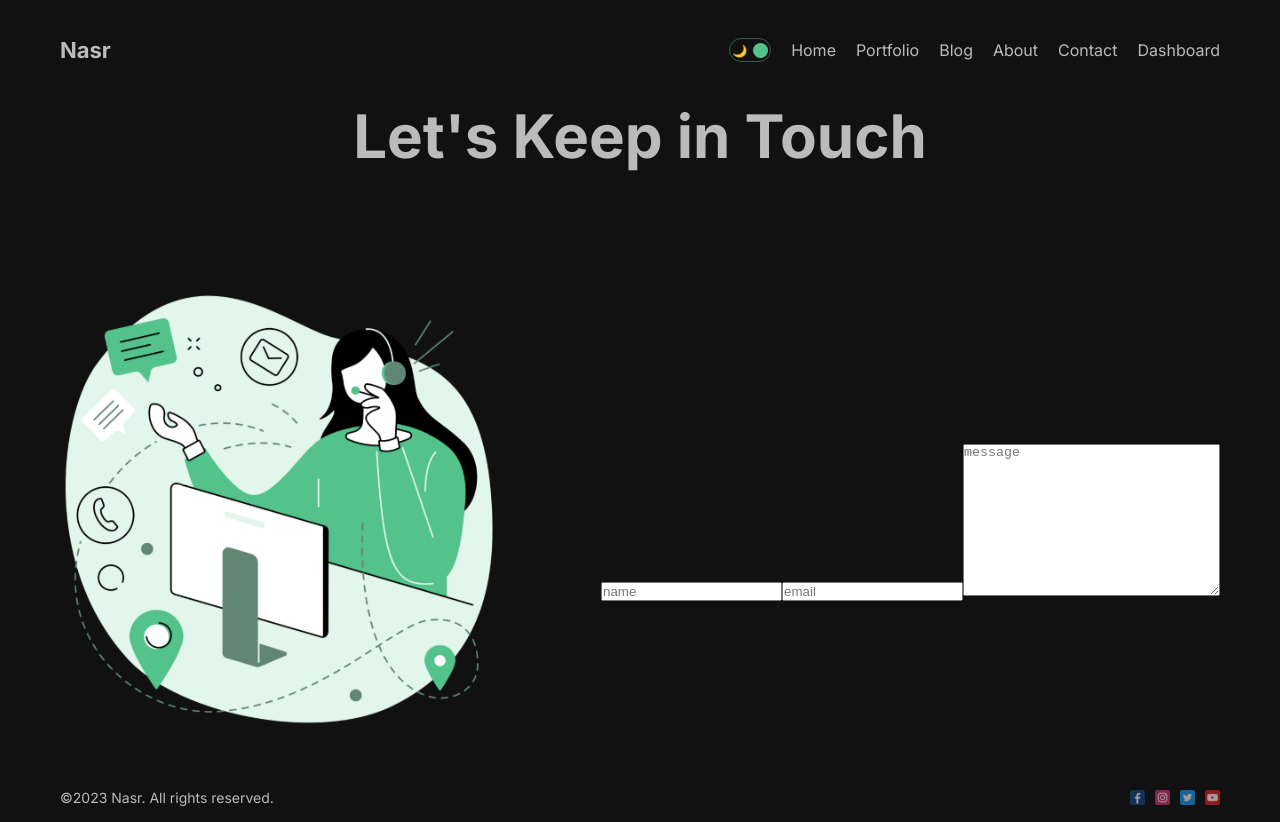
Repository: MoNasr2022/Nast-Blog
Page: /contact
The author's editor kept a copy of each file at every save. The page is drawn from the files as they stood at one save, then again after the next save.
The browser window is 1280 px wide. The pictures show the whole page.
The page's requests for data from a server got no answer. The project was rebuilt for these pictures with package versions that can differ from the ones it lists, and the page was loaded fresh each time. The framework's server and built-in components were replaced by stand-ins that run in the browser. No one was signed in, and anything a server would have sent is missing. Also part of the build but not shown: next.config.js, src/components/Button/button.module.css, src/components/Button/Button.jsx.

Above is the page before, as saved 2023-06-15 14:00:29.

### src/app/layout.js
import Navbar from "@/components/navbar/Navbar";
import "./globals.css";
import { Inter, Roboto, Poppins } from "next/font/google";
import Footer from "@/components/footer/Footer";
import { ThemeProvider } from "@/context/ThemeContext";
import AuthProvider from "@/components/AuthProvider/AuthProvider";

const inter = Inter({ subsets: ["latin"] });

export const metadata = {
  title: "Nasr Blog",
  description: "This is the description",
};

export default function RootLayout({ children }) {
  return (
    <html lang="en">
      <body className={inter.className}>
        <ThemeProvider>
          <AuthProvider>
            <div className="container">
              <Navbar />
              {children}
              <Footer />
            </div>
          </AuthProvider>
        </ThemeProvider>
      </body>
    </html>
  );
}

### src/app/contact/page.jsx
import React from "react";
import styles from "./page.module.css";
import Image from "next/image";
import Button from "@/components/Button/Button";

export const metadata = {
  title: "Lama Dev Contact Information",
  description: "This is Contact Page",
};

const Contact = () => {
  return (
    // <div className={styles.container}>
    //   <h1 className={styles.title}>Let's Keep in Touch</h1>
    //   <div className={styles.content}>
    //     <div className={styles.imgContainer}>
    //       <Image
    //         src="/contact.png"
    //         alt=""
    //         fill={true}
    //         className={styles.image}
    //       />
    //     </div>
    //     <form className={styles.form}>
    //       <input type="text" placeholder="name" className={styles.input} />
    //       <input type="text" placeholder="email" className={styles.input} />
    //       <textarea
    //         className={styles.textArea}
    //         placeholder="message"
    //         cols="30"
    //         rows="10"
    //       ></textarea>
    //       <Button url="#" text="Send"/>
    //     </form>
    //   </div>
    // </div>
    <div className={styles.container}>
      <h1 className={styles.title}>Let's Keep in Touch</h1>
      <div className={styles.content}>
        <div className={styles.imgContainer}>
          <Image src="/contact.png"
            alt=""
            fill={true}
            className={styles.image}
          />
        </div>
        <form className={styles.form}>
          <input type="text" placeholder="name" className={styles.input} />
          <input type="text" placeholder="email" className={styles.input} />
          <textarea
            className={styles.textArea}
            placeholder="message"
            cols="30"
            rows="10"
          />
        </form>
      </div>
    </div>
  );
};

export default Contact;

### src/components/navbar/Navbar.jsx
"use client";

import Link from "next/link";
import React from "react";
import styles from "./navbar.module.css";
import DarkModeToggle from "../DarkModeToggle/DarkModeToggle";
import { signOut, useSession } from "next-auth/react";

const links = [
  {
    id: 1,
    title: "Home",
    url: "/",
  },
  {
    id: 2,
    title: "Portfolio",
    url: "/portfolio",
  },
  {
    id: 3,
    title: "Blog",
    url: "/blog",
  },
  {
    id: 4,
    title: "About",
    url: "/about",
  },
  {
    id: 5,
    title: "Contact",
    url: "/contact",
  },
  {
    id: 6,
    title: "Dashboard",
    url: "/dashboard",
  },
];

const Navbar = () => {
  const session = useSession();

  return (
    <div className={styles.container}>
      <Link href="/" className={styles.logo}>
        Nasr
      </Link>
      <div className={styles.links}>
        <DarkModeToggle />
        {links.map((link) => (
          <Link key={link.id} href={link.url} className={styles.link}>
            {link.title}
          </Link>
        ))}
        {session.status === "authenticated" && (
          <button className={styles.logout} onClick={signOut}>
            Logout
          </button>
        )}
      </div>
    </div>
  );
};

export default Navbar;

### src/components/footer/Footer.jsx
import React from "react";
import styles from "./footer.module.css";
import Image from "next/image";

const Footer = () => {
  return (
    <div className={styles.container}>
      <div>©2023 Nasr. All rights reserved.</div>
      <div className={styles.social}>
        <Image src="/1.png" width={15} height={15} className={styles.icon} alt="Nasr Facebook Account" />
        <Image src="/2.png" width={15} height={15} className={styles.icon} alt="Nasr" />
        <Image src="/3.png" width={15} height={15} className={styles.icon} alt="Nasr" />
        <Image src="/4.png" width={15} height={15} className={styles.icon} alt="Nasr" />
      </div>
    </div>
  );
};

export default Footer;

### src/app/contact/page.module.css
/* .container {
}

.title {
  font-size: 60px;
  margin-bottom: 100px;
  text-align: center;
}

.content {
  display: flex;
  align-items: center;
  gap: 100px;
}

.imgContainer {
  flex: 1;
  height: 500px;
  position: relative;
}

.image {
  object-fit: contain;
  /* animation: move 3s infinite ease alternate;
}

@keyframes move {
  from {
    transform: translateY(-15px);
  }
  to {
    transform: translateY(0px) scale(1.03);
  }
}

.form {
  flex: 1;
  display: flex;
  flex-direction: column;
  gap: 20px;
}

.input,
.textArea {
  padding: 20px;
  background-color: transparent;
  border: none;
  outline: none;
  color: #bbb;
  border: 3px solid #bbb;
  font-size: 20px;
  font-weight: bold;
} */
.container {

}
.title{
  font-size: 60px;
  margin-bottom: 100px;
  text-align: center;
}
.content {
  display: flex;
  align-items: center;
  gap: 100px;

}
.imgContainer {
  position: relative;
  flex: 1;
  height: 500px;

}
.image {
  object-fit: contain;
  animation: move 3s infinite ease alternate;
}
@keyframes move {
  from {
    transform: translateY(-15px);
  }
  to {
    transform: translateY(0px) scale(1.03);
  }
}
.form{
  fl
}

Loaded but not shown: src/app/globals.css (common file); src/context/ThemeContext.js (common file); src/components/AuthProvider/AuthProvider.jsx (common file); src/components/navbar/navbar.module.css (common file); src/components/DarkModeToggle/DarkModeToggle.jsx (common file); src/components/footer/footer.module.css (common file); src/components/DarkModeToggle/darkModeToggle.module.css (common file)

After the next save:
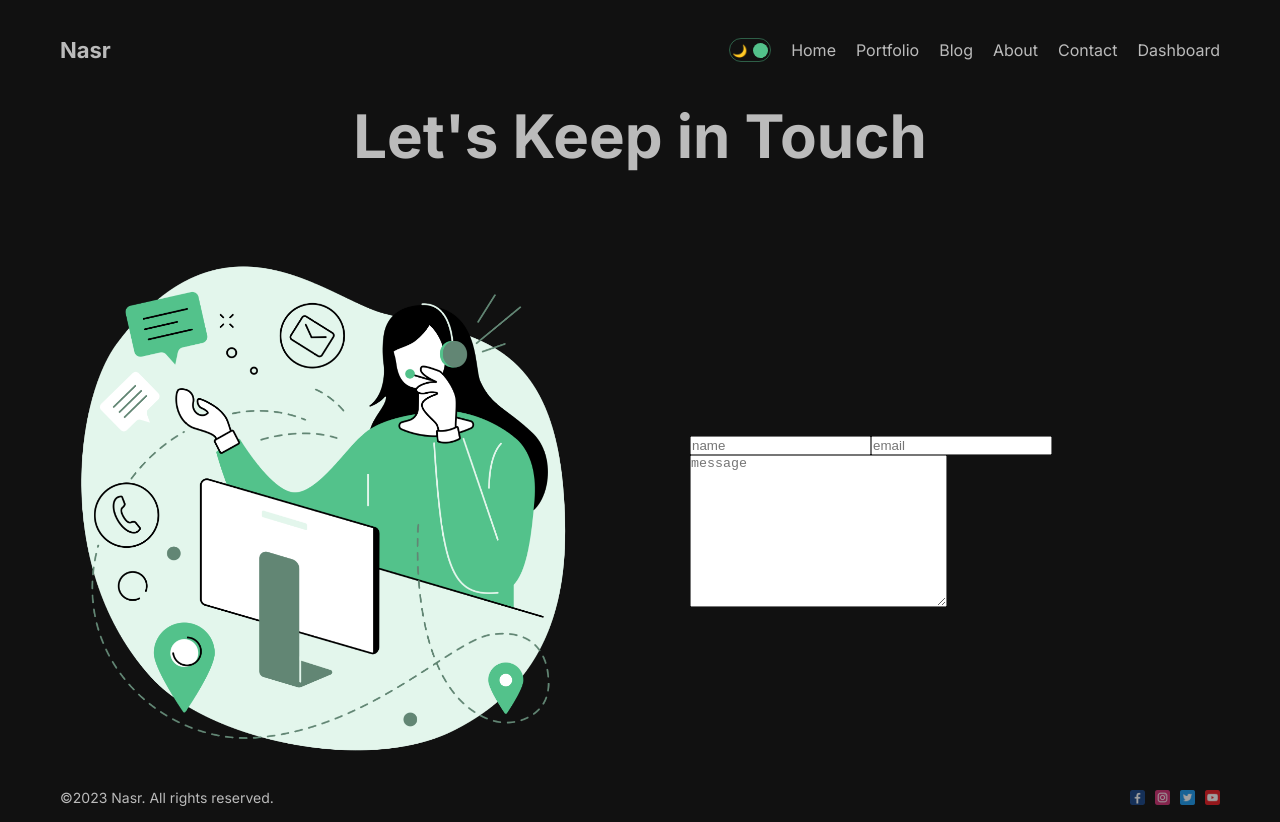
Saved 7 s later.
--- a/src/app/contact/page.module.css
+++ b/src/app/contact/page.module.css
@@ -84,5 +84,5 @@
   }
 }
 .form{
-  fl
+  flex: 1;
 }
